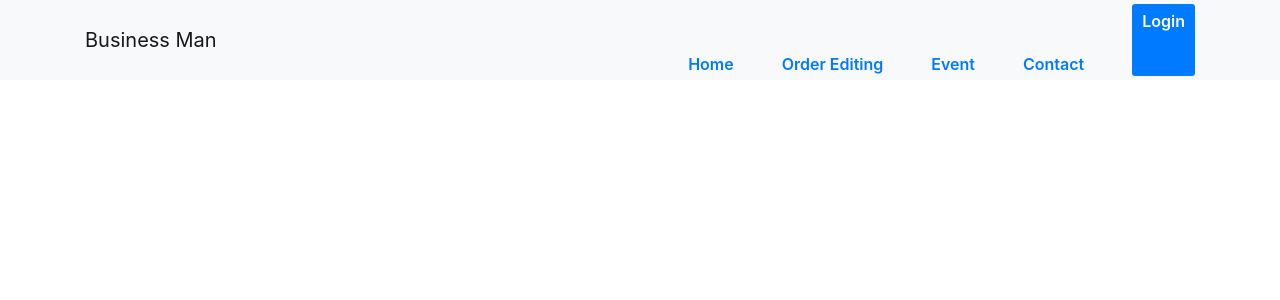
Repository: mdtahsinamin/internship-task
Page: /
The author's editor kept a copy of each file at every save. The page is drawn from the files as they stood at one save, then again after the next save.
The browser window is 1280 px wide. The pictures show the whole page.
The project was rebuilt for these pictures with package versions that can differ from the ones it lists, and the page was loaded fresh each time. Also part of the build but not shown: src/App.css, src/Components/Style/SignIn.css, src/Components/Authentication/SignIn.js, src/Components/NotFound/NotFound.js.

Above is the page before, as saved 2020-12-24 18:39:05.

After the next save:
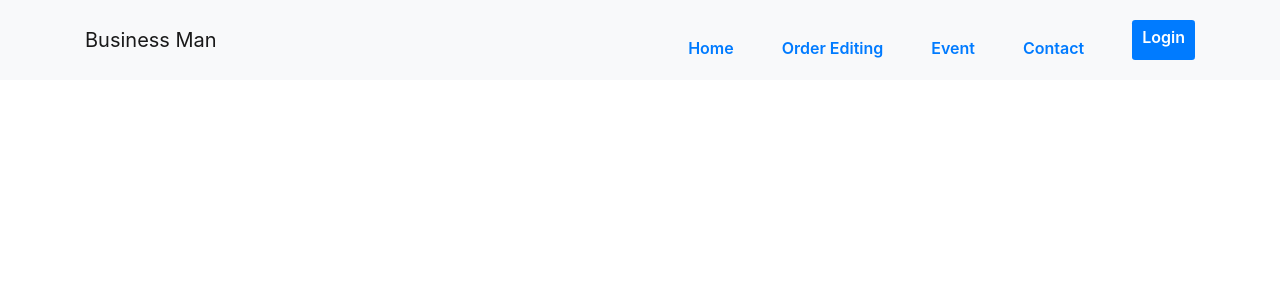
Saved 7 s later.
--- a/src/Components/Pages/Share/Navigation/Navigation.js
+++ b/src/Components/Pages/Share/Navigation/Navigation.js
@@ -36,7 +36,7 @@ const Navigation = () => {
                     {
                         links.map((link,index) =>{
                               return (
-                               <Link className="mr-5 mt-5" to={`${link.toLocaleLowerCase().split(' ').join('-')}`} style={linkStyle} key={index}>
+                               <Link className="mr-5 mt-3" to={`${link.toLocaleLowerCase().split(' ').join('-')}`} style={linkStyle} key={index}>
                                    {link}
                                </Link>
                               )
